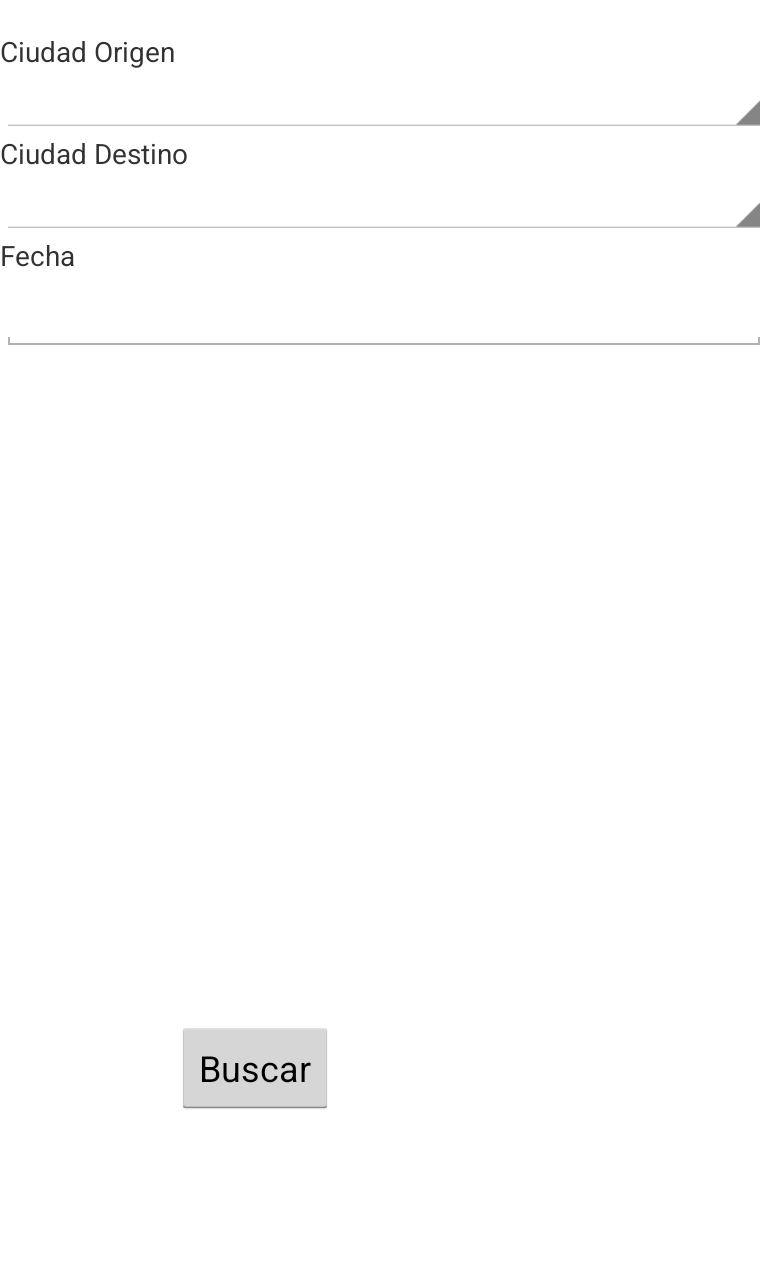
Repository: fmora/ProyectoMultimedios
Layout: MainActivity/MainActivity/res/layout/search_travel.xml
These files come from the project's save history. The layout is drawn as it stood at one moment and after the next save; the edit follows.
It is drawn on a 768 x 1280 px phone screen (xhdpi) without system bars, with theme AppTheme; the app's code is not run. Lists and similar views that code fills are empty.

Above is the layout before, as saved 2013-12-20 02:30:02.

### MainActivity/MainActivity/res/layout/search_travel.xml
<?xml version="1.0" encoding="utf-8"?>
<RelativeLayout xmlns:android="http://schemas.android.com/apk/res/android"
    android:layout_width="match_parent"
    android:layout_height="match_parent"
    android:orientation="vertical" >

    <TextView
        android:id="@+id/textView1"
        android:layout_width="wrap_content"
        android:layout_height="wrap_content"
        android:layout_alignParentLeft="true"
        android:layout_marginTop="16dp"
        android:text="@string/es_source" />

    <Spinner
        android:id="@+id/spinner1"
        android:layout_width="match_parent"
        android:layout_height="wrap_content"
        android:layout_alignParentLeft="true"
        android:layout_below="@+id/textView1" />

    <TextView
        android:id="@+id/textView2"
        android:layout_width="wrap_content"
        android:layout_height="wrap_content"
        android:layout_alignParentLeft="true"
        android:layout_below="@+id/spinner1"
        android:text="@string/es_destination" />

    <Spinner
        android:id="@+id/spinner2"
        android:layout_width="match_parent"
        android:layout_height="wrap_content"
        android:layout_alignParentLeft="true"
        android:layout_below="@+id/textView2" />

    <TextView
        android:id="@+id/TextView01"
        android:layout_width="wrap_content"
        android:layout_height="wrap_content"
        android:layout_alignParentLeft="true"
        android:layout_below="@+id/spinner2"
        android:text="@string/es_date" />

    <EditText
        android:id="@+id/editText1"
        android:layout_width="wrap_content"
        android:layout_height="wrap_content"
        android:layout_alignParentLeft="true"
        android:layout_alignParentRight="true"
        android:layout_below="@+id/TextView01"
        android:ems="10" />

    <Button
        android:id="@+id/button1"
        android:layout_width="wrap_content"
        android:layout_height="wrap_content"
        android:layout_alignParentBottom="true"
        android:layout_marginBottom="82dp"
        android:layout_toRightOf="@+id/textView1"
        android:text="@string/es_search" />

    <ListView
        android:id="@+id/listView1"
        android:layout_width="match_parent"
        android:layout_height="wrap_content"
        android:layout_alignParentLeft="true"
        android:layout_alignParentTop="true" />
</RelativeLayout>

### MainActivity/MainActivity/res/values/strings.xml
<?xml version="1.0" encoding="utf-8"?>
<resources>

    <string name="app_name">Carpooling</string>
    <string name="action_settings">Settings</string>
    <string name="hello_world">Hello world!</string>
    <string name="es_registerTravel">Por favor llenar los siguientes campos respecto a la información relativa a su viaje.</string>
    <string name="es_source">Ciudad Origen</string>
    <string name="es_destination">Ciudad Destino</string>
    <string name="es_date">Fecha</string>
    <string name="es_hour">Hora</string>
    <string name="es_sourcePoint">Punto de Partida</string>
    <string name="es_sourcePointGPS">Punto de Partida GPS</string>
    <string name="es_destinationPoint">Punto de Llegada</string>
    <string name="es_destinationPointGPS">Punto de Llegada GPS</string>
    <string name="es_register">Registrar</string>
    <string name="es_cancel">Cancelar</string>
    <string name="title_activity_register_travel">Registro de Viaje</string>
    <string name="es_registring">Registrando</string>
    <string name="es_canceling">Cancelado</string>
    <string name="es_finish">Finalizado</string>
    <string name="es_registered">Registrado</string>
    <string name="es_loaded">Datos Cargados</string>
    <string name="es_search">Buscar</string>
    <string name="name">user</string>
    <string name="pass">pass</string>
    <string name="error_message">Usuario y contraseña incorrectos, por favor ingrese nuevamente.</string>
    <string name="title_activity_search__travel">Search_Travel</string>
    <string name="title_activity_search_travel">SearchTravel</string>

</resources>

Loaded but not shown: MainActivity/MainActivity/res/values/styles.xml (common file); MainActivity/MainActivity/res/values-v11/styles.xml (common file); MainActivity/MainActivity/res/values-v14/styles.xml (common file)

After the next save:
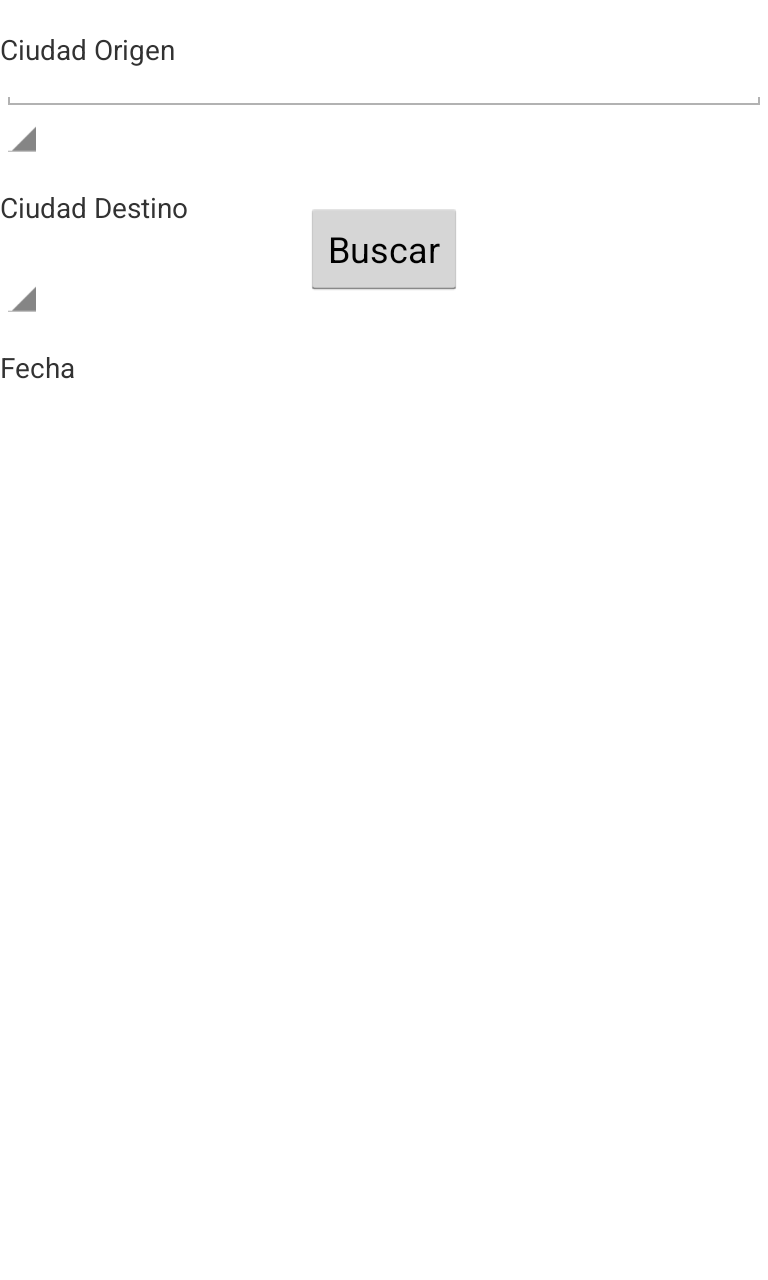
Saved 8 min 2 s later.
--- a/MainActivity/MainActivity/res/layout/search_travel.xml
+++ b/MainActivity/MainActivity/res/layout/search_travel.xml
@@ -5,34 +5,38 @@
     android:orientation="vertical" >
 
     <TextView
+        android:id="@+id/textView2"
+        android:layout_width="wrap_content"
+        android:layout_height="wrap_content"
+        android:layout_alignLeft="@+id/textView1"
+        android:layout_below="@+id/spinner1"
+        android:layout_marginTop="14dp"
+        android:text="@string/es_destination" />
+
+    <TextView
         android:id="@+id/textView1"
         android:layout_width="wrap_content"
         android:layout_height="wrap_content"
         android:layout_alignParentLeft="true"
-        android:layout_marginTop="16dp"
+        android:layout_alignParentTop="true"
+        android:layout_marginTop="15dp"
         android:text="@string/es_source" />
 
     <Spinner
         android:id="@+id/spinner1"
-        android:layout_width="match_parent"
-        android:layout_height="wrap_content"
-        android:layout_alignParentLeft="true"
-        android:layout_below="@+id/textView1" />
-
-    <TextView
-        android:id="@+id/textView2"
         android:layout_width="wrap_content"
         android:layout_height="wrap_content"
         android:layout_alignParentLeft="true"
-        android:layout_below="@+id/spinner1"
-        android:text="@string/es_destination" />
+        android:layout_below="@+id/textView1"
+        android:layout_marginTop="14dp" />
 
     <Spinner
         android:id="@+id/spinner2"
-        android:layout_width="match_parent"
+        android:layout_width="wrap_content"
         android:layout_height="wrap_content"
         android:layout_alignParentLeft="true"
-        android:layout_below="@+id/textView2" />
+        android:layout_below="@+id/textView2"
+        android:layout_marginTop="15dp" />
 
     <TextView
         android:id="@+id/TextView01"
@@ -40,6 +44,7 @@
         android:layout_height="wrap_content"
         android:layout_alignParentLeft="true"
         android:layout_below="@+id/spinner2"
+        android:layout_marginTop="14dp"
         android:text="@string/es_date" />
 
     <EditText
@@ -48,16 +53,17 @@
         android:layout_height="wrap_content"
         android:layout_alignParentLeft="true"
         android:layout_alignParentRight="true"
-        android:layout_below="@+id/TextView01"
+        android:layout_below="@+id/textView3"
+        android:layout_marginTop="17dp"
         android:ems="10" />
 
     <Button
         android:id="@+id/button1"
         android:layout_width="wrap_content"
         android:layout_height="wrap_content"
-        android:layout_alignParentBottom="true"
-        android:layout_marginBottom="82dp"
-        android:layout_toRightOf="@+id/textView1"
+        android:layout_below="@+id/editText1"
+        android:layout_centerHorizontal="true"
+        android:layout_marginTop="44dp"
         android:text="@string/es_search" />
 
     <ListView
